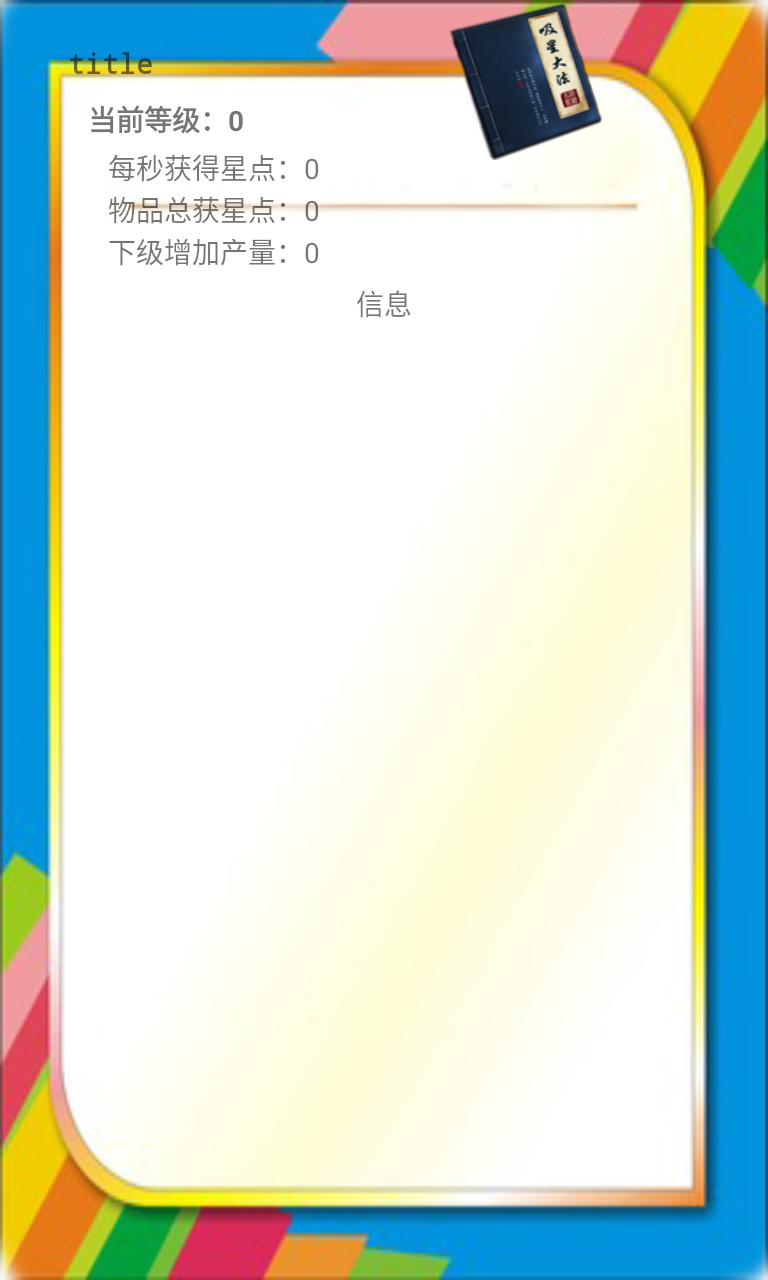
Repository: xianyun2014/StarPoint
Layout: game/res/layout/build_info_view.xml
An editor plug-in stored every save of this project. The layout is shown before and after the next save, followed by the edit.
It is drawn on a 768 x 1280 px phone screen (xhdpi) without system bars, with theme AppTheme; the app's code is not run.

Above is the layout before, as saved 2014-11-17 15:37:04.

### game/res/layout/build_info_view.xml
<RelativeLayout xmlns:android="http://schemas.android.com/apk/res/android"
    xmlns:android1="http://schemas.android.com/apk/res/android"
    android1:id="@+id/build_info"
    android1:layout_width="wrap_content"
    android1:layout_height="wrap_content"
    android1:layout_alignParentLeft="true"
    android1:layout_alignParentTop="true"
    android1:layout_alignParentBottom="true"
    android1:layout_alignParentRight="true"
    android1:layout_marginTop="60dp"
    android1:layout_marginRight="10dp"
    android1:layout_marginLeft="10dp"
    android1:layout_marginBottom="150dp">

    <ImageView
        android1:id="@+id/imageView1"
        android1:layout_width="fill_parent"
        android1:layout_height="fill_parent"
        android1:layout_alignParentBottom="true"
        android1:layout_alignParentLeft="true"
        android1:layout_alignParentTop="true"
        android1:scaleType="fitXY"
        android1:src="@drawable/info_build" />

    <TextView
        android1:id="@+id/build_title"
        android1:layout_width="wrap_content"
        android1:layout_height="wrap_content"
        android1:layout_alignParentLeft="true"
        android1:layout_alignParentTop="true"
        android1:layout_below="@layout/build_info_view"
        android1:layout_marginLeft="34dp"
        android1:layout_marginTop="22dp"
        android1:text="title"
        android1:textStyle="bold"
        android1:typeface="monospace" />

    <TableLayout
        android1:id="@+id/TableLayout1"
        android1:layout_width="wrap_content"
        android1:layout_height="wrap_content"
        android1:layout_alignLeft="@+id/build_title"
        android1:layout_below="@+id/textcurlevel"
        android1:layout_marginLeft="20dp"
        android1:layout_marginTop="3dp" >

        <TableRow
            android1:id="@+id/tableRow1"
            android1:layout_width="wrap_content"
            android1:layout_height="wrap_content" >

            <TextView
                android1:id="@+id/textView1"
                android1:layout_width="wrap_content"
                android1:layout_height="wrap_content"
                android1:text="每秒获得星点：" />

            <TextView
                android1:id="@+id/txt_yield_sec"
                android1:layout_width="wrap_content"
                android1:layout_height="wrap_content"
                android1:text="0" />

        </TableRow>

        <TableRow
            android1:id="@+id/tableRow2"
            android1:layout_width="wrap_content"
            android1:layout_height="wrap_content" >

            <TextView
                android1:id="@+id/textView3"
                android1:layout_width="wrap_content"
                android1:layout_height="wrap_content"
                android1:text="物品总获星点：" />

            <TextView
                android1:id="@+id/txt_yield_total"
                android1:layout_width="wrap_content"
                android1:layout_height="wrap_content"
                android1:text="0" />

        </TableRow>

        <TableRow
            android1:id="@+id/tableRow3"
            android1:layout_width="wrap_content"
            android1:layout_height="wrap_content" >

            <TextView
                android1:id="@+id/textView5"
                android1:layout_width="wrap_content"
                android1:layout_height="wrap_content"
                android1:text="下级增加产量：" />

            <TextView
                android1:id="@+id/txt_next_add"
                android1:layout_width="wrap_content"
                android1:layout_height="wrap_content"
                android1:text="0" />
        </TableRow>
    </TableLayout>

    <TextView
        android1:id="@+id/textcurlevel"
        android1:layout_width="wrap_content"
        android1:layout_height="wrap_content"
        android1:layout_alignLeft="@id/build_title"
        android1:layout_below="@+id/build_title"
        android1:layout_marginLeft="10dp"
        android1:layout_marginTop="8dp"
        android1:text="当前等级："
        android1:textStyle="bold" />

    <TextView
        android1:id="@+id/txt_Level"
        android1:layout_width="wrap_content"
        android1:layout_height="wrap_content"
        android1:layout_alignBaseline="@+id/textcurlevel"
        android1:layout_alignBottom="@+id/textcurlevel"
        android1:layout_toRightOf="@+id/textcurlevel"
        android1:text="0"
        android1:textStyle="bold" />

    <TextView
        android1:id="@+id/textView2"
        android1:layout_width="wrap_content"
        android1:layout_height="wrap_content"
        android1:layout_below="@+id/TableLayout1"
        android1:layout_centerHorizontal="true"
        android1:layout_marginTop="5dp"
        android1:text="信息" />

    <ImageView
        android1:id="@+id/imageView2"
        android1:layout_width="80dp"
        android1:layout_height="80dp"
        android1:layout_alignParentRight="true"
        android1:layout_alignParentTop="true"
        android1:layout_marginRight="81dp"
        android1:scaleType="fitXY"
        android1:src="@drawable/jz_xzdf" />

</RelativeLayout>

Loaded but not shown: game/res/values/styles.xml (common file); game/res/values-v11/styles.xml (common file); game/res/values-v14/styles.xml (common file)

After the next save:
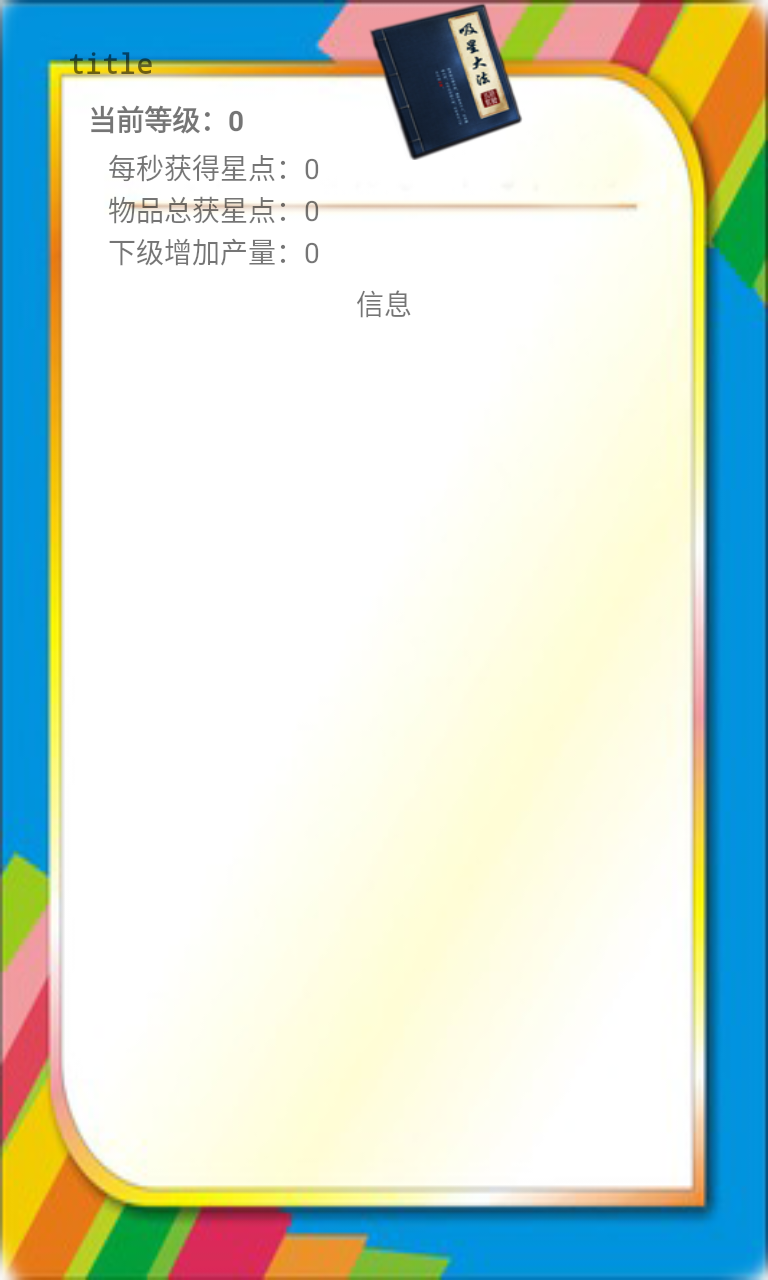
Saved 10 s later.
--- a/game/res/layout/build_info_view.xml
+++ b/game/res/layout/build_info_view.xml
@@ -137,7 +137,7 @@
         android1:layout_height="80dp"
         android1:layout_alignParentRight="true"
         android1:layout_alignParentTop="true"
-        android1:layout_marginRight="81dp"
+        android1:layout_marginRight="121dp"
         android1:scaleType="fitXY"
         android1:src="@drawable/jz_xzdf" />
 
